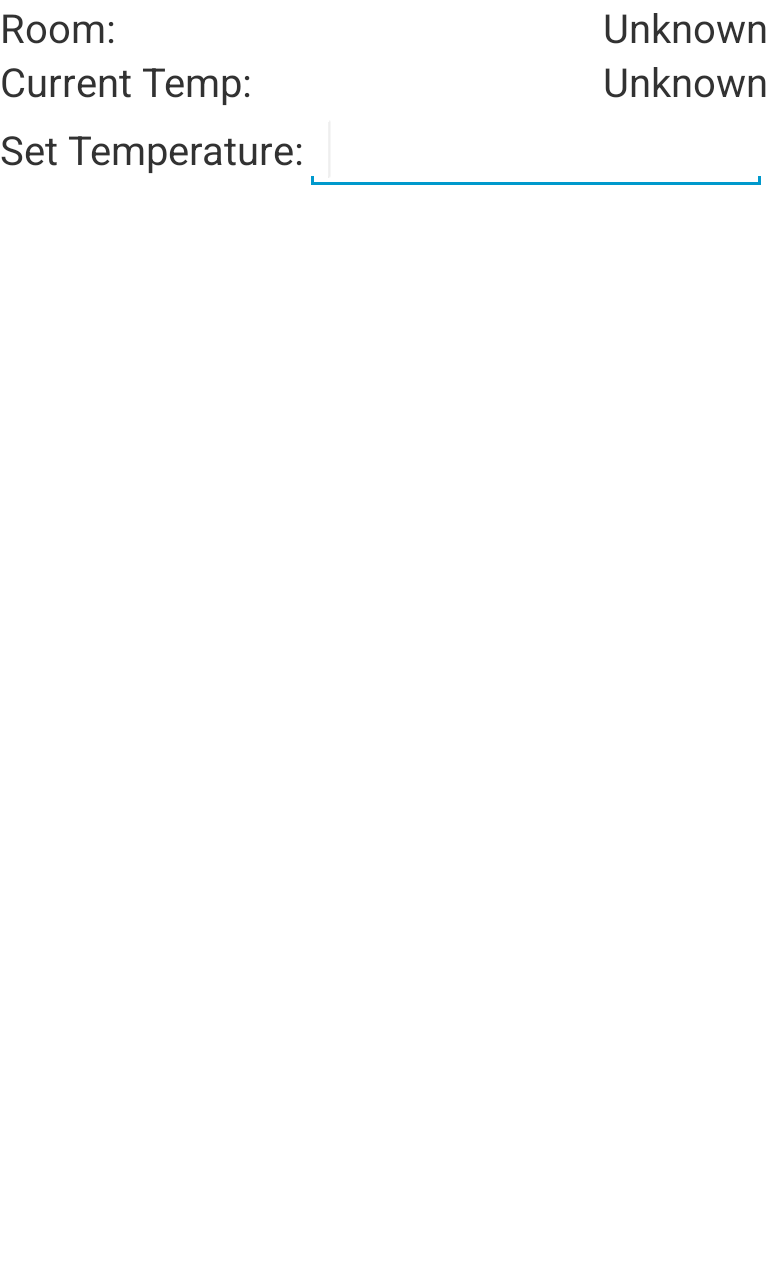
Repository: finerrecliner/SmartVent
Layout: SmartVent/res/layout/activity_main.xml
These files come from the project's save history. The layout is drawn as it stood at one moment and after the next save; the edit follows.
It is drawn on a 768 x 1280 px phone screen (xhdpi) without system bars, with theme AppTheme; the app's code is not run.

Above is the layout before, as saved 2013-11-02 18:09:53.

### SmartVent/res/layout/activity_main.xml
<LinearLayout xmlns:android="http://schemas.android.com/apk/res/android"
    xmlns:tools="http://schemas.android.com/tools"
    android:layout_width="match_parent"
    android:layout_height="match_parent"
    android:gravity="fill_vertical"
    android:orientation="vertical"
    tools:context=".RoomActivity" >

    <LinearLayout
		android:id="@+id/room_row"
        android:layout_width="match_parent"
        android:layout_height="wrap_content" >

	    <TextView
	        android:layout_width="wrap_content"
	        android:layout_height="wrap_content"
	        android:textSize="20sp"
	        android:text="@string/room_label" />

	    <TextView
	        android:id="@+id/room_val"
	        android:layout_width="fill_parent"
	        android:layout_height="wrap_content"
	        android:layout_gravity="right"
	        android:gravity="right"
	        android:textSize="20sp"
	        android:text="@string/unknown" />

    </LinearLayout>

    <LinearLayout
        android:id="@+id/current_temp_row"
        android:layout_width="match_parent"
        android:layout_height="wrap_content" >

        <TextView
            android:layout_width="wrap_content"
            android:layout_height="wrap_content"
            android:textSize="20sp"
            android:text="@string/current_temp" />

        <TextView
            android:id="@+id/current_temp_val"
            android:layout_width="fill_parent"
            android:layout_height="wrap_content"
            android:gravity="right"
            android:textSize="20sp"
            android:text="@string/unknown" />

    </LinearLayout>

    <LinearLayout
        android:id="@+id/set_temp_row"
        android:layout_width="match_parent"
        android:layout_height="wrap_content" >

        <TextView
            android:id="@+id/set_temp_label"
            android:layout_width="wrap_content"
            android:layout_height="wrap_content"
            android:textSize="20sp"
            android:text="@string/set_temperature" />

        <EditText
            android:id="@+id/set_temp_val"
            android:layout_width="0dp"
            android:layout_height="wrap_content"
            android:layout_weight="1"
            android:textSize="20sp"
            android:ems="10"
            android:inputType="number" >

            <requestFocus />
        </EditText>

    </LinearLayout>

</LinearLayout>

### SmartVent/res/values/strings.xml
<?xml version="1.0" encoding="utf-8"?>
<resources>

    <string name="app_name">SmartVent</string>
    <string name="hello_world">Hello world!</string>
    <string name="menu_settings">Settings</string>
    <string name="current_temp">Current Temp:</string>
    <string name="room_label">Room:</string>
    <string name="set_temperature">Set Temperature:</string>
    <string name="unknown">Unknown</string>

</resources>

Loaded but not shown: SmartVent/res/values/styles.xml (common file); SmartVent/res/values-v11/styles.xml (common file); SmartVent/res/values-v14/styles.xml (common file)

After the next save:
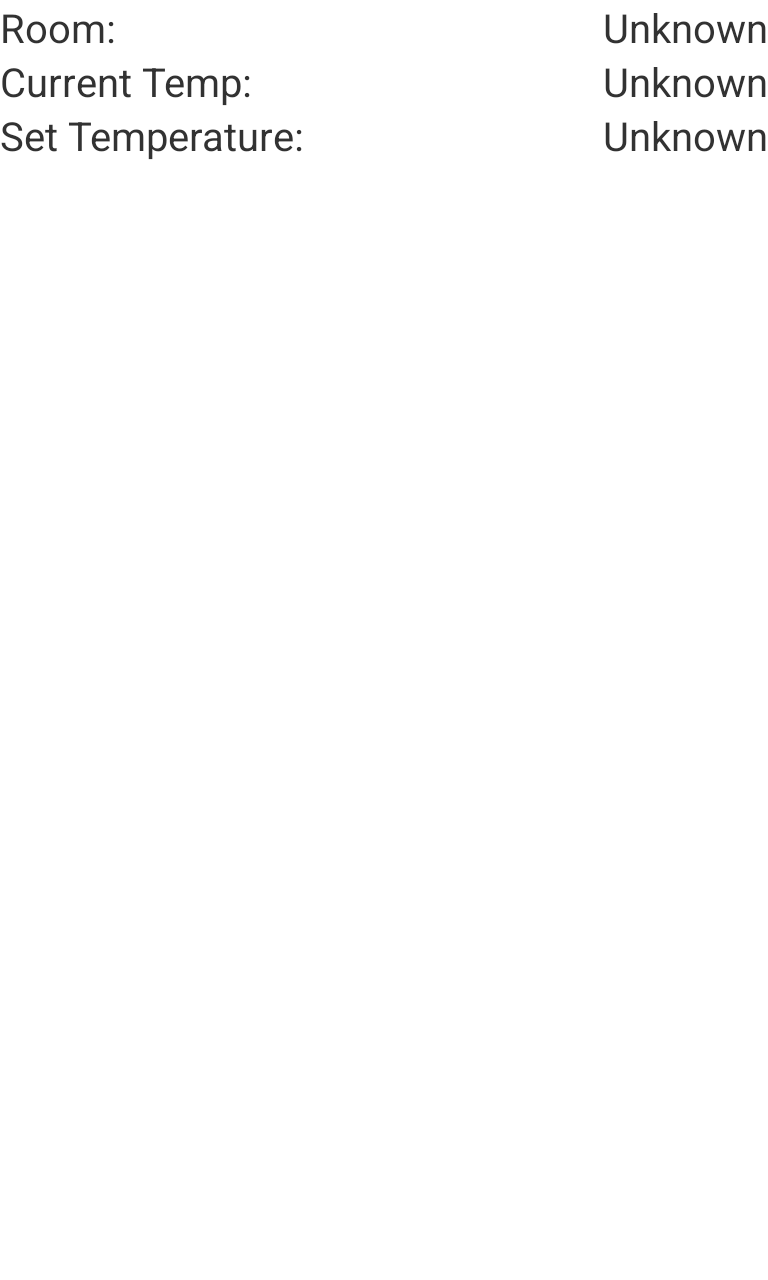
Saved 6 min 32 s later.
--- a/SmartVent/res/layout/activity_main.xml
+++ b/SmartVent/res/layout/activity_main.xml
@@ -49,7 +49,7 @@
 
     </LinearLayout>
 
-    <LinearLayout
+  <LinearLayout
         android:id="@+id/set_temp_row"
         android:layout_width="match_parent"
         android:layout_height="wrap_content" >
@@ -61,18 +61,13 @@
             android:textSize="20sp"
             android:text="@string/set_temperature" />
 
-        <EditText
+        <TextView
             android:id="@+id/set_temp_val"
-            android:layout_width="0dp"
+            android:layout_width="fill_parent"
             android:layout_height="wrap_content"
-            android:layout_weight="1"
+            android:gravity="right"
             android:textSize="20sp"
-            android:ems="10"
-            android:inputType="number" >
-
-            <requestFocus />
-        </EditText>
-
+            android:text="@string/unknown" />
     </LinearLayout>
 
 </LinearLayout>
